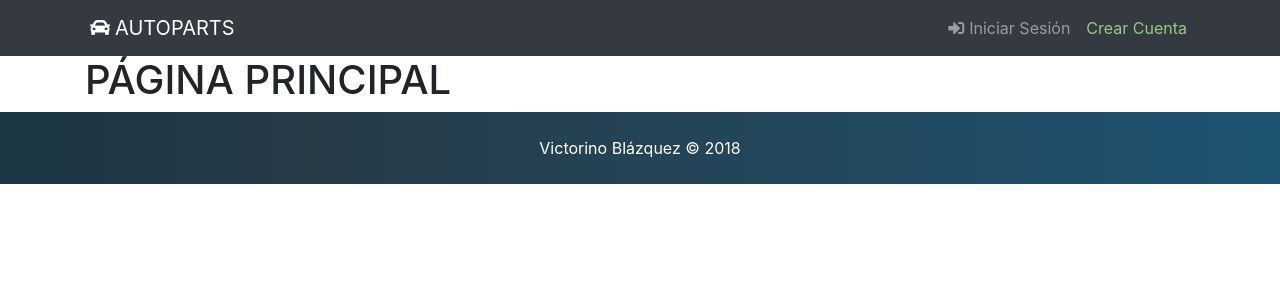
Repository: VictorinoBF97/ProjectPHP
Page: http://localhost/project/
An editor plug-in stored every save of this project. The page is shown before and after the next save, followed by the edit.
The browser window is 1280 px wide. The pictures show the whole page.
Some web libraries are served in a nearby version. The page is run by PHP 8.4 with error messages shown; the project is at /var/www/html/.

Above is the page before, as saved 2018-11-28 16:53:57.

After the next save:
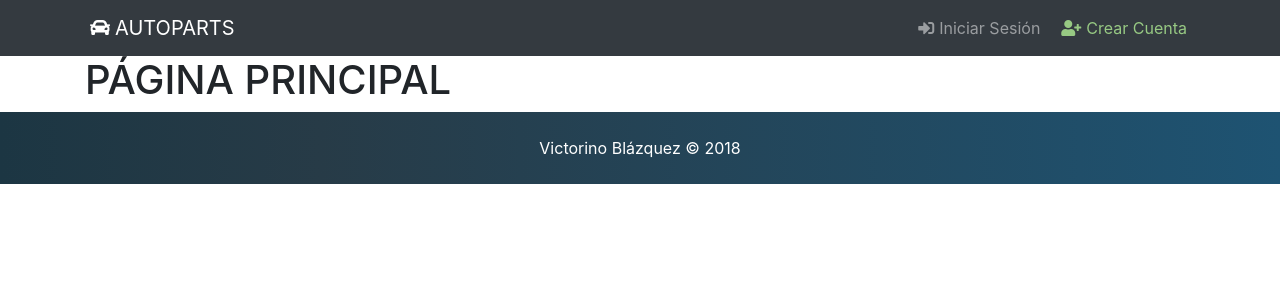
Saved 2 min 2 s later.
--- a/includes/header.php
+++ b/includes/header.php
@@ -32,7 +32,7 @@
           <a class="nav-link" href="<?=BASE_URL?>login"><i class="fas fa-sign-in-alt"></i>Iniciar Sesión</a>
       </li>
         <li class="nav-item">
-          <a class="nav-link link-important" href="http://127.0.0.1/project/register">Crear Cuenta</a>
+          <a class="nav-link link-important" href="http://127.0.0.1/project/register"><i class="fas fa-user-plus"></i>Crear Cuenta</a>
         </li>
       <?php else:?>
         <ul class="navbar-nav mr-auto">
